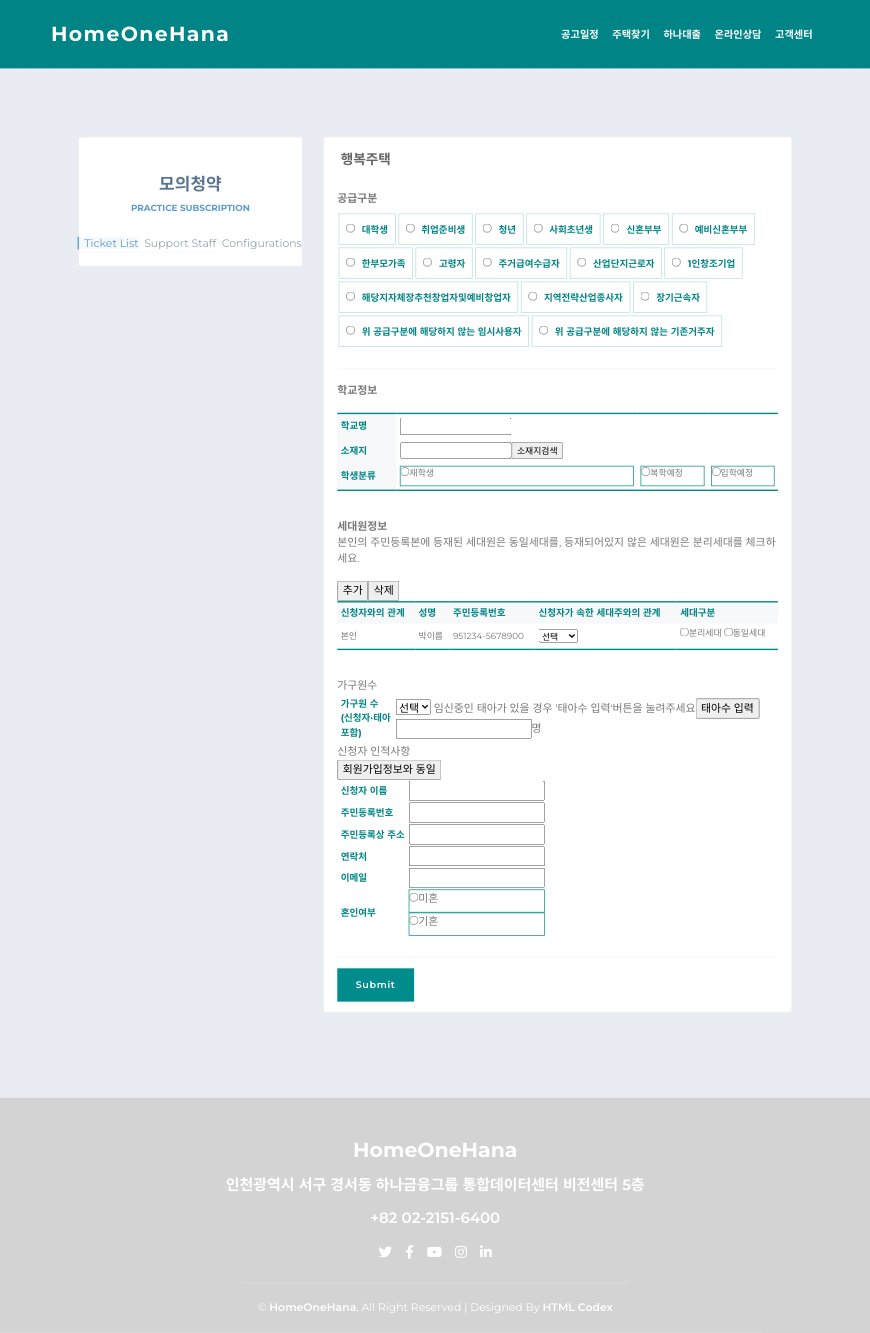
Repository: koposoftware/2021_10_syyoon
Page: http://localhost/HomeOneHana/WEB-INF/jsp/subscription/subscription.jsp
An editor plug-in stored every save of this project. The page is shown before and after the next save, followed by the edit.
The browser window is 1280 px wide. The pictures show the whole page, at 68% of full size.
Some icons come from a web library that is not loaded, so they are not drawn. Some web libraries are served in a nearby version. The page is served by Tomcat 9. Nobody is signed in. The template is opened directly, without the code that normally fills it, so the values that code supplies are empty.

Above is the page before, as saved 2021-09-15 00:01:50.

After the next save:
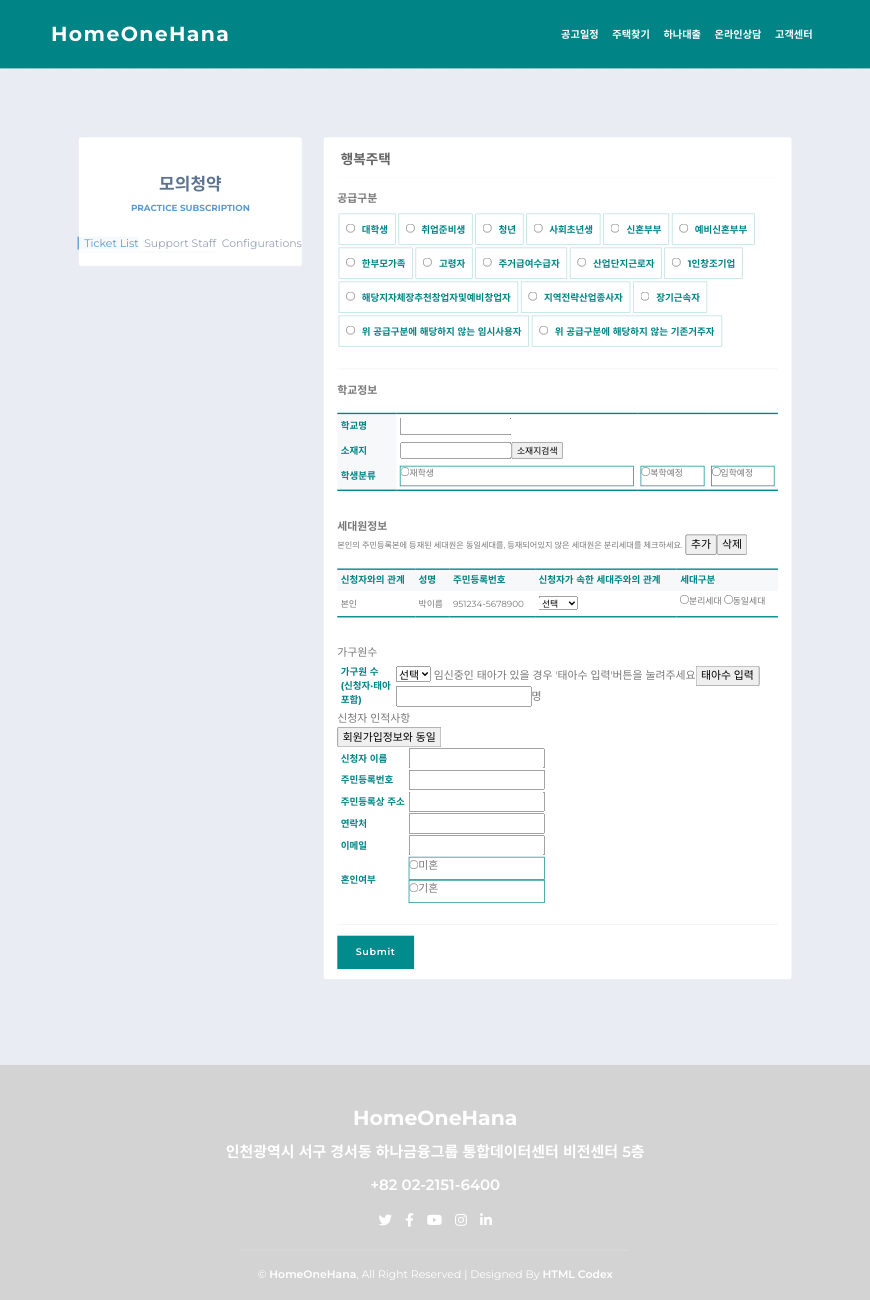
Saved 96 s later.
--- a/project/Spring-mvc/HomeOneHana/src/main/webapp/WEB-INF/jsp/subscription/subscription.jsp
+++ b/project/Spring-mvc/HomeOneHana/src/main/webapp/WEB-INF/jsp/subscription/subscription.jsp
@@ -117,9 +117,10 @@
 				                                	<div class="detailBox">
 				                                		<div class="detailtitle">
 			                                				<div class="ititle">세대원정보</div>
-					                                		<div class="isubtitle">본인의 주민등록본에 등재된 세대원은 동일세대를, 등재되어있지 않은 세대원은 분리세대를 체크하세요.</div>
+					                                		<div class="isubtitle">
+					                                		<span>본인의 주민등록본에 등재된 세대원은 동일세대를, 등재되어있지 않은 세대원은 분리세대를 체크하세요.</span>
+					                                		<input type="button" value="추가"><input type="button" value="삭제"></div>
 			                                			</div>
-				                                		<input type="button" value="추가"><input type="button" value="삭제">
 				                                		<table class="detailinfotbl">
 				                                			<thead>
 					                                			<tr>
